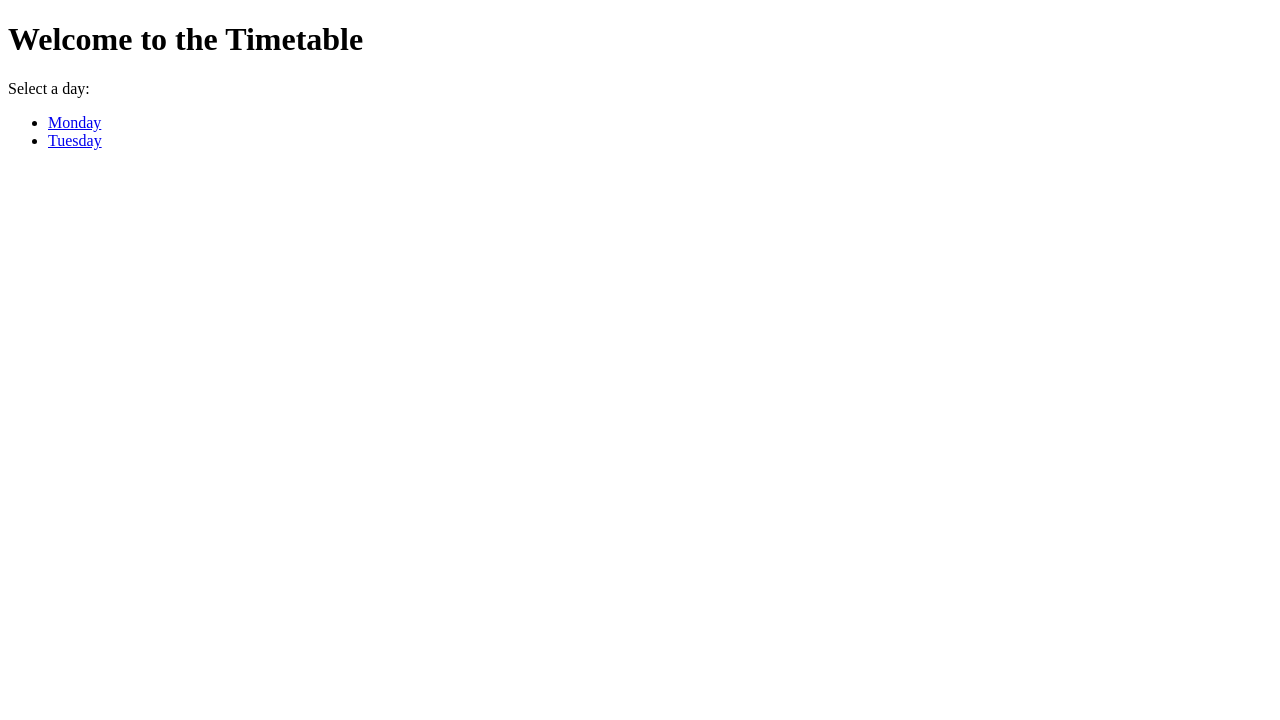
Repository: atchayasasikumar10/timetable-website
Page: http://localhost/
An editor plug-in stored every save of this project. The page is shown before and after the next save, followed by the edit.
The browser window is 1280 px wide. The pictures show the whole page.
The page is served by the project's application, run on Flask 3 (main.py).

Above is the page before, as saved 2025-06-25 19:57:11.

After the next save:
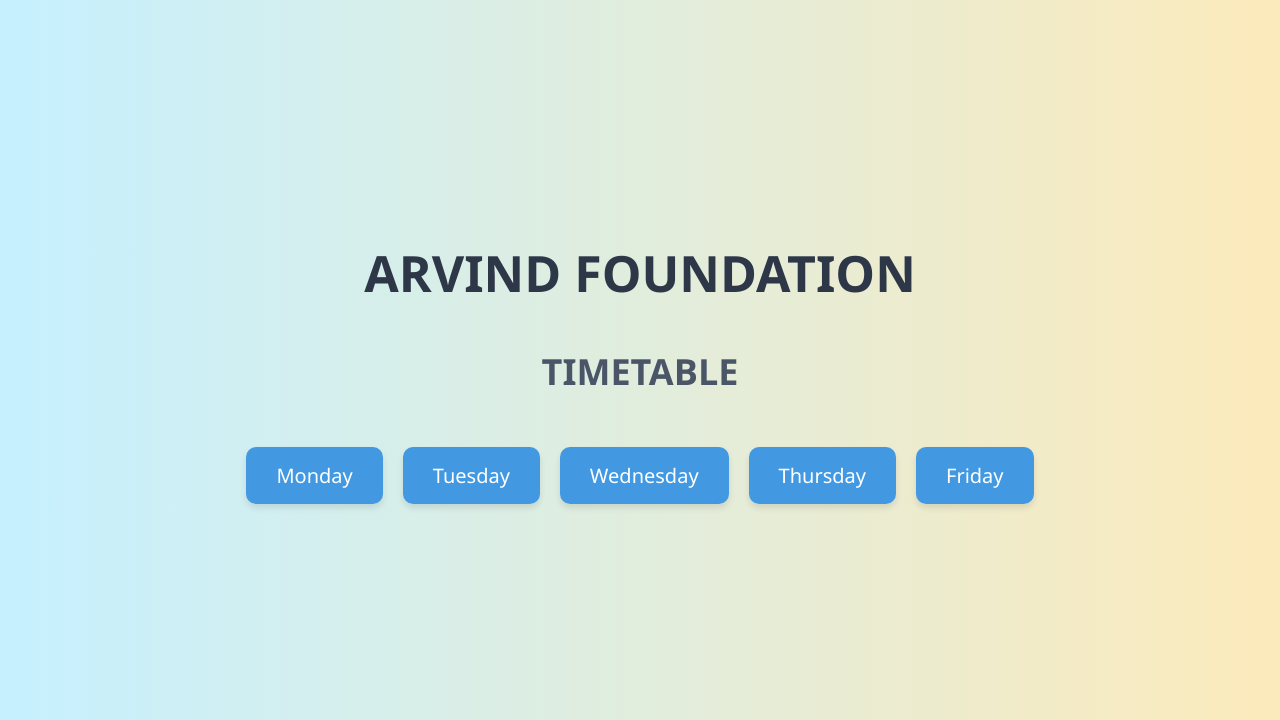
Saved 6 min 8 s later.
--- a/templates/index.html
+++ b/templates/index.html
@@ -1,14 +1,72 @@
 <!DOCTYPE html>
 <html>
 <head>
-    <title>Timetable Home</title>
+    <title>ARVIND FOUNDATION - Timetable</title>
+    <style>
+        body {
+            font-family: 'Segoe UI', Tahoma, Geneva, Verdana, sans-serif;
+            background: linear-gradient(to right, #c6f0ff, #fceabb);
+            display: flex;
+            flex-direction: column;
+            align-items: center;
+            justify-content: center;
+            height: 100vh;
+            margin: 0;
+        }
+
+        h1 {
+            font-size: 50px;
+            color: #2d3748;
+            margin-bottom: 10px;
+        }
+
+        h2 {
+            font-size: 36px;
+            color: #4a5568;
+            margin-bottom: 40px;
+        }
+
+        ul {
+            list-style-type: none;
+            padding: 0;
+            display: flex;
+            flex-wrap: wrap;
+            justify-content: center;
+        }
+
+        li {
+            margin: 10px;
+        }
+
+        a {
+            text-decoration: none;
+            padding: 15px 30px;
+            font-size: 20px;
+            color: white;
+            background-color: #4299e1;
+            border-radius: 10px;
+            box-shadow: 0 4px 6px rgba(0, 0, 0, 0.1);
+            transition: background-color 0.3s, transform 0.2s;
+        }
+
+        a:hover {
+            background-color: #2b6cb0;
+            transform: scale(1.05);
+        }
+    </style>
 </head>
 <body>
-    <h1>Welcome to the Timetable</h1>
-    <p>Select a day:</p>
+
+    <h1>ARVIND FOUNDATION</h1>
+    <h2>TIMETABLE</h2>
+
     <ul>
         <li><a href="/monday">Monday</a></li>
         <li><a href="/tuesday">Tuesday</a></li>
+        <li><a href="/wednesday">Wednesday</a></li>
+        <li><a href="/thursday">Thursday</a></li>
+        <li><a href="/friday">Friday</a></li>
     </ul>
+
 </body>
 </html>
